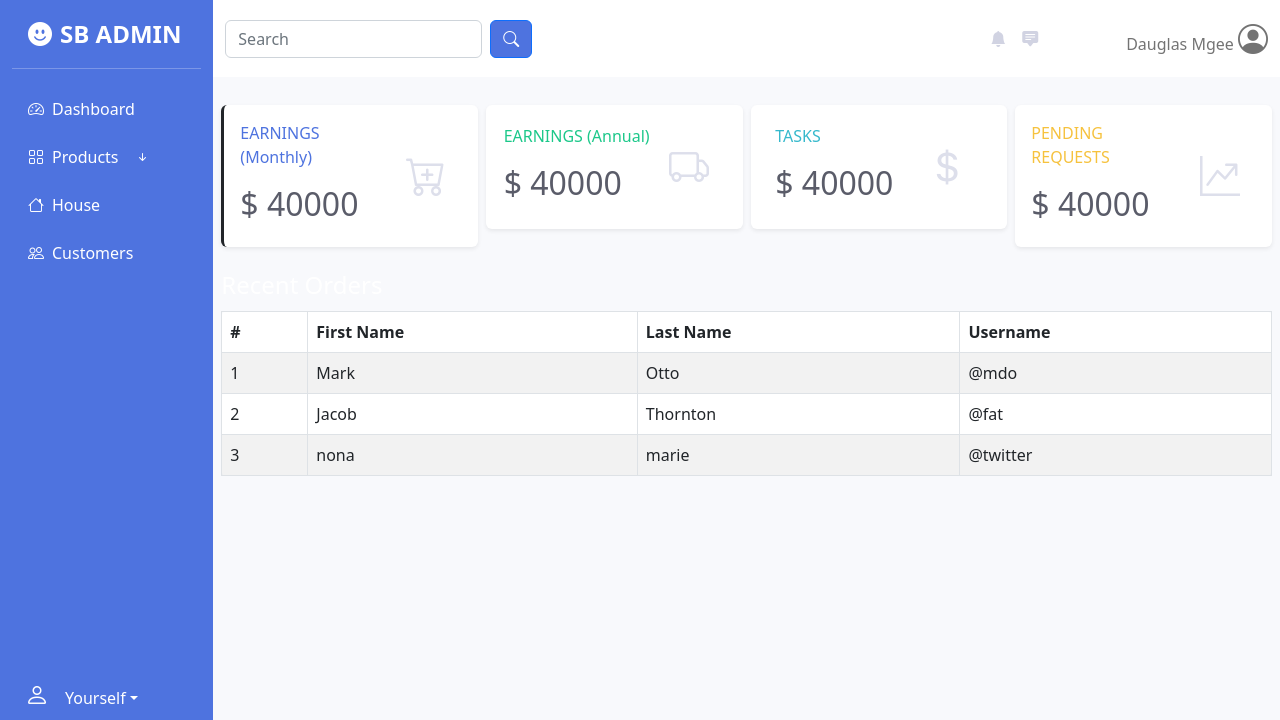
Repository: iqbalaamir/dashboard
Page: /
An editor plug-in stored every save of this project. The page is shown before and after the next save, followed by the edit.
The browser window is 1280 px wide. The pictures show the whole page.
The project was rebuilt for these pictures with package versions that can differ from the ones it lists, and the page was loaded fresh each time. Also part of the build but not shown: src/App.css.

Above is the page before, as saved 2023-04-24 22:38:41.

After the next save:
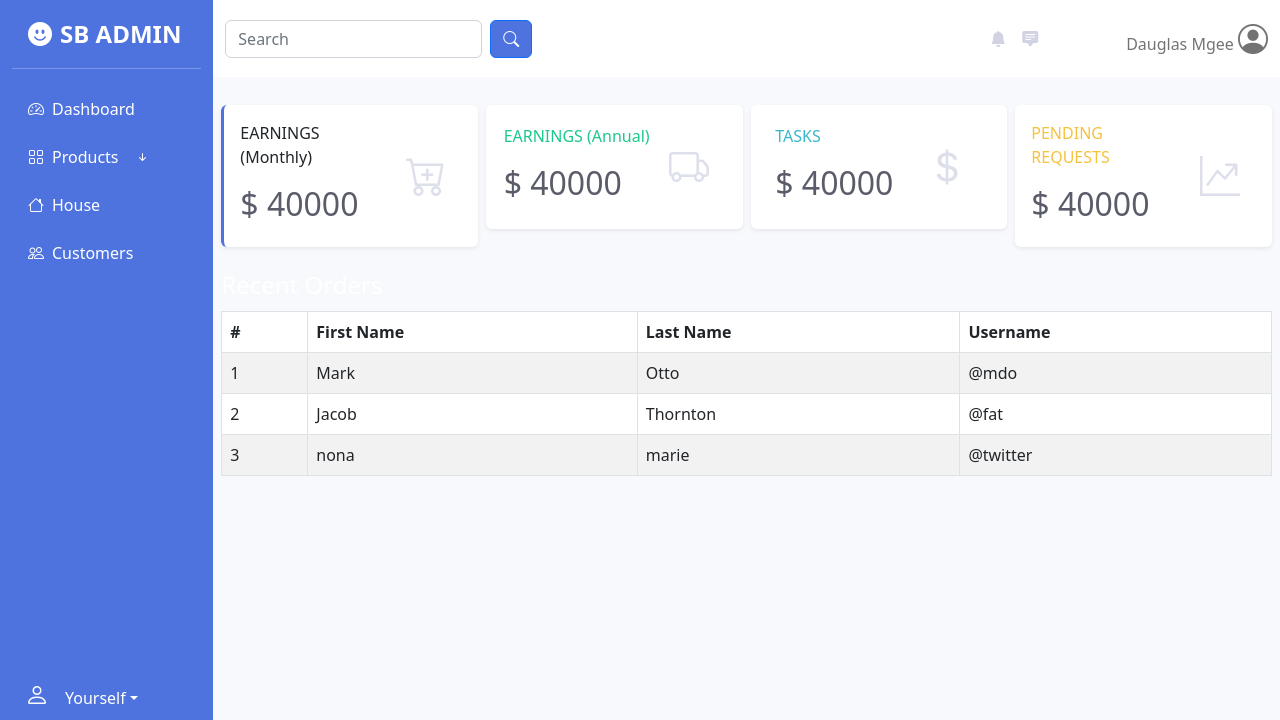
Saved 21 s later.
--- a/src/components/HomeComponent.js
+++ b/src/components/HomeComponent.js
@@ -8,10 +8,10 @@ function Home() {
       <div className="container-fluid">
         <div className="row g-3 my-2">
           <div className="col-md-3 p-1" >
-            <div className="p-3 bg-white shadow-sm d-flex justify-content-around align-items-center rounded" style={{borderLeft:"solid"}}>
+            <div className="p-3 bg-white shadow-sm d-flex justify-content-around align-items-center rounded" style={{borderLeft:"solid",borderLeftColor:"#4e73df"}}>
               <div>
 
-                <p className="fs-12" style={{color:"#4e73df"}}>EARNINGS (Monthly)</p>
+                <p className="fs-12" style={{color:"#"}}>EARNINGS (Monthly)</p>
                 <h5 className="fs-2" style={{color:"#5a5c69"}}>$ 40000</h5>
               </div>
               <i className="bi bi-cart-plus p-3 fs-1" style={{color:"#dddfeb"}}></i>
